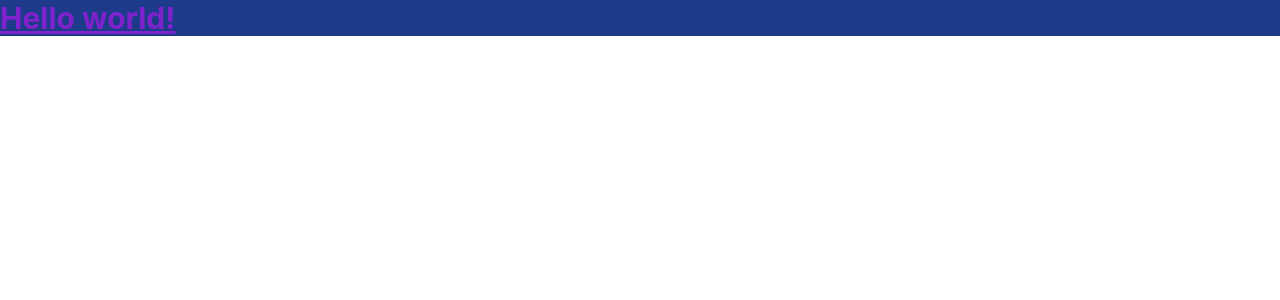
Repository: sevilgenysf/my-project
Page: /
The author's editor kept a copy of each file at every save. The page is drawn from the files as they stood at one save, then again after the next save.
The browser window is 1280 px wide. The pictures show the whole page.
The project was rebuilt for these pictures with package versions that can differ from the ones it lists, and the page was loaded fresh each time. The framework's server and built-in components were replaced by stand-ins that run in the browser. Also part of the build but not shown: next.config.js.

Above is the page before, as saved 2022-11-15 09:55:23.

### pages/index.js
export default function Home() {
	return (
		<h1 className="text-3xl font-bold underline text-purple-700 bg-blue-900">
			Hello world!
		</h1>
	);
}

### tailwind.config.js
/** @type {import('tailwindcss').Config} */
module.exports = {
	content: [
		'./app/**/*.{js,ts,jsx,tsx}',
		'./pages/**/*.{js,ts,jsx,tsx}',
		'./components/**/*.{js,ts,jsx,tsx}'
	],
	theme: {
		extend: {}
	},
	plugins: []
};

Loaded but not shown: pages/_app.js (common file); styles/globals.css (common file)

After the next save:
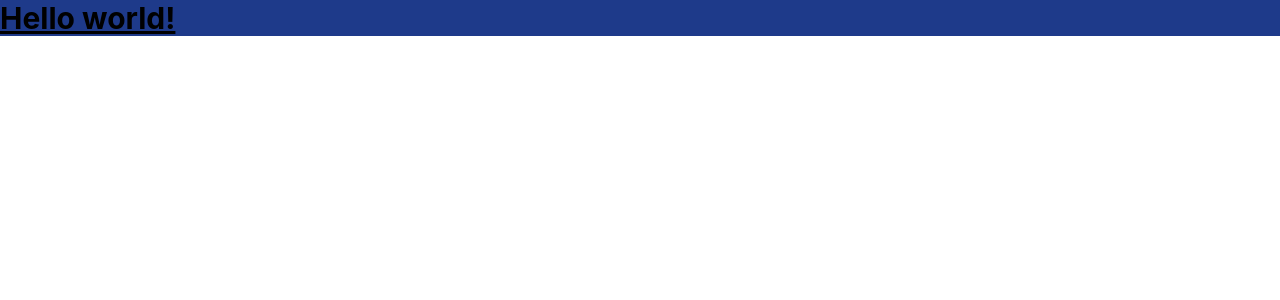
Saved 24 h 29 min later.
--- a/pages/index.js
+++ b/pages/index.js
@@ -1,6 +1,6 @@
 export default function Home() {
 	return (
-		<h1 className="text-3xl font-bold underline text-purple-700 bg-blue-900">
+		<h1 className="text-3xl font-bold underline text-white-700 bg-blue-900">
 			Hello world!
 		</h1>
 	);
